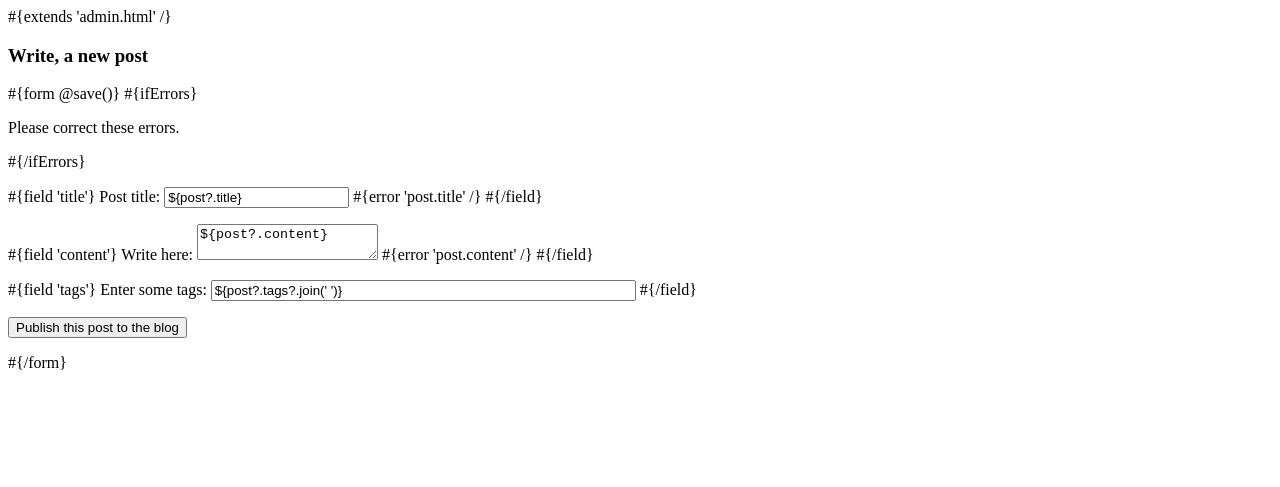
Repository: danilofonte/playframework-tutorial
Page: Myapp/app/views/Admin/form.html
An editor plug-in stored every save of this project. The page is shown before and after the next save, followed by the edit.
The browser window is 1280 px wide. The pictures show the whole page.

Above is the page before, as saved 2014-02-04 12:43:43.

After the next save:
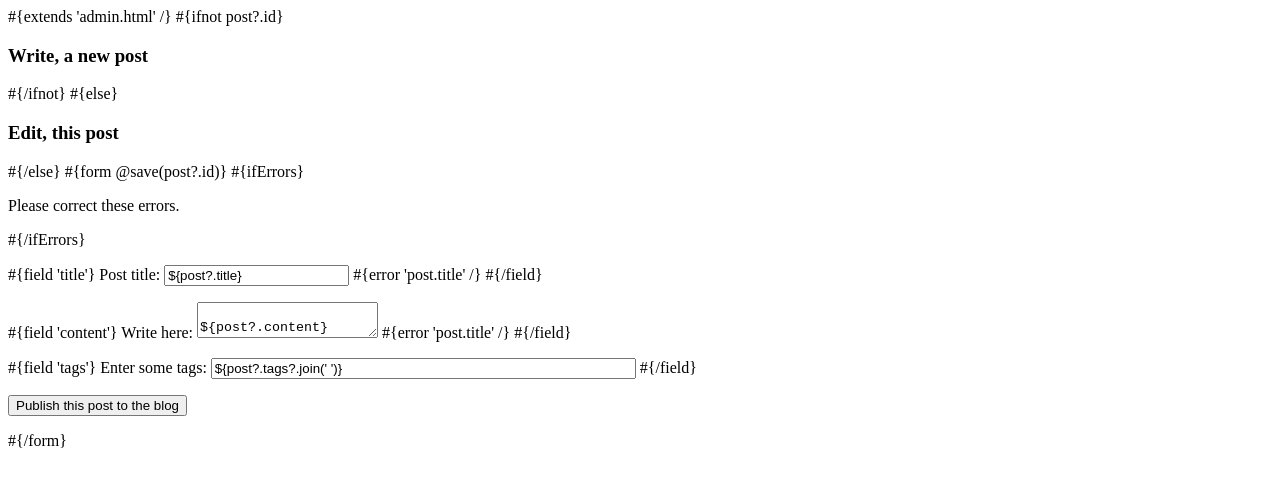
Saved 2 min 25 s later.
--- a/Myapp/app/views/Admin/form.html
+++ b/Myapp/app/views/Admin/form.html
@@ -1,8 +1,13 @@
 #{extends 'admin.html' /}
 
-<h3>Write, <span>a new post</span></h3>
+#{ifnot post?.id}
+    <h3>Write, <span>a new post</span></h3>
+#{/ifnot}
+#{else}
+    <h3>Edit, <span>this post</span></h3>
+#{/else}
 
-#{form @save()}
+#{form @save(post?.id)}
 
     #{ifErrors}
         <p class="error">
@@ -22,8 +27,10 @@
     <p>
         #{field 'content'}
         <label>Write here:</label>
-        <textarea name="${field.name}">${post?.content}</textarea>
-        <span class="error">#{error 'post.content' /}</span>
+        <textarea name="${field.name}">
+          ${post?.content}
+        </textarea>
+        <span class="error">#{error 'post.title' /}</span>
         #{/field}
     </p>
 
